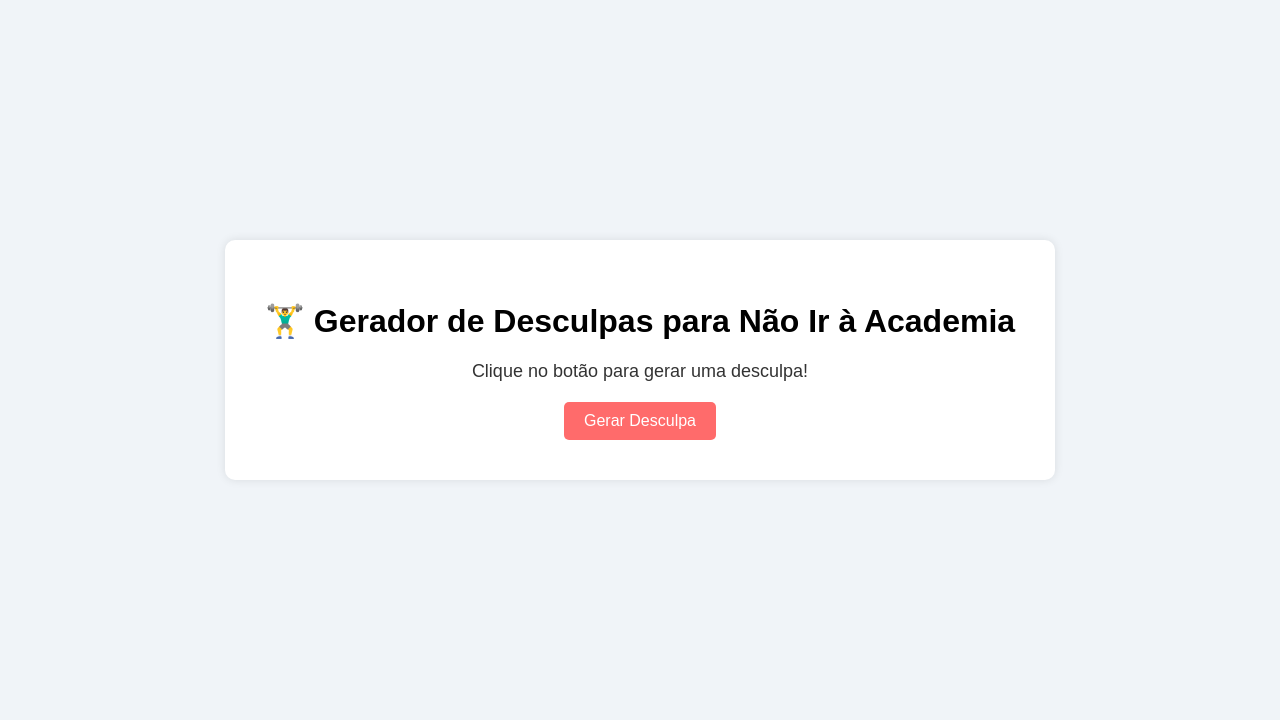
Repository: Wbyh7z/gerador-de-projeto
Page: index.html
These files come from the project's save history. The page is drawn as it stood at one moment and after the next save; the edit follows.
The browser window is 1280 px wide. The pictures show the whole page.

Above is the page before, as saved 2025-08-08 15:22:01.

### index.html
<!DOCTYPE html>
<html lang="pt-BR">
<head>
  <meta charset="UTF-8">
  <title>Gerador de Desculpas</title>
  <link rel="stylesheet" href="style.css">
</head>
<body>
  <div class="container">
    <h1>🏋️‍♂️ Gerador de Desculpas para Não Ir à Academia</h1>
    <p id="desculpa">Clique no botão para gerar uma desculpa!</p>
    <button onclick="gerarDesculpa()">Gerar Desculpa</button>
  </div>
  <script src="index.js"></script>
</body>
</html>

### style.css
body {
  font-family: Arial, sans-serif;
  background-color: #f0f4f8;
  display: flex;
  justify-content: center;
  align-items: center;
  height: 100vh;
  margin: 0;
}

.container {
  text-align: center;
  background-color: #ffffff;
  padding: 40px;
  border-radius: 10px;
  box-shadow: 0 0 10px rgba(0, 0, 0, 0.1);
}

button {
  padding: 10px 20px;
  font-size: 16px;
  background-color: #ff6b6b;
  color: white;
  border: none;
  border-radius: 5px;
  cursor: pointer;
}

button:hover {
  background-color: #ff4c4c;
}

#desculpa {
  margin: 20px 0;
  font-size: 18px;
  color: #333;
}

### index.js
const inicios = [
  "Hoje não vai dar porque",
  "Infelizmente não posso ir porque",
  "A academia vai ter que esperar, pois"
];

const motivos = [
  "meu joelho está em greve",
  "o universo mandou sinais contraditórios",
  "meu gato está carente",
  "minha motivação tirou férias",
  "a gravidade está mais forte hoje"
];

const finais = [
  "...e eu respeito os ciclos cósmicos.",
  "...e não quero desafiar o destino.",
  "...e isso é autocuidado.",
  "...e meu sofá precisa de mim.",
  "...e é uma questão de sobrevivência emocional."
];

function gerarDesculpa() {
  const inicio = inicios[Math.floor(Math.random() * inicios.length)];
  const motivo = motivos[Math.floor(Math.random() * motivos.length)];
  const final = finais[Math.floor(Math.random() * finais.length)];

  const desculpa = `${inicio} ${motivo} ${final}`;
  document.getElementById("desculpa").textContent = desculpa;
}

After the next save:
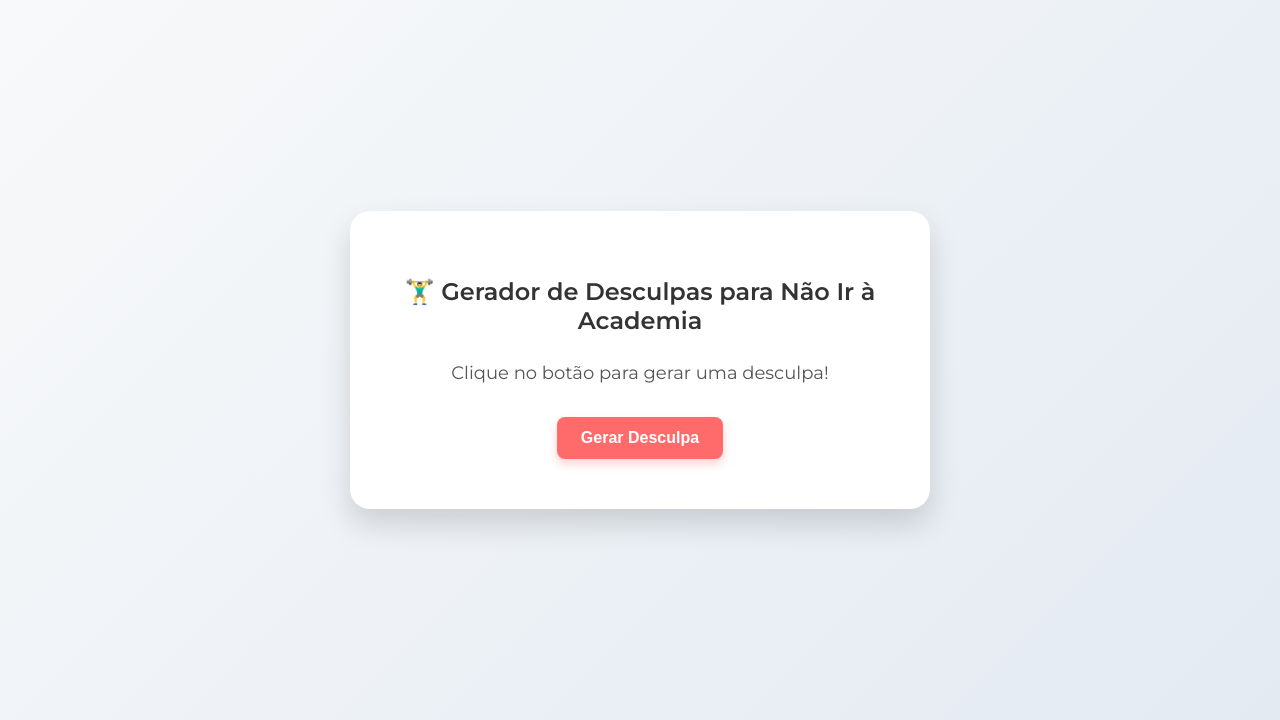
Saved 2 min 44 s later.
--- a/style.css
+++ b/style.css
@@ -1,6 +1,8 @@
+@import url('https://fonts.googleapis.com/css2?family=Montserrat:wght@400;600&display=swap');
+
 body {
-  font-family: Arial, sans-serif;
-  background-color: #f0f4f8;
+  font-family: 'Montserrat', sans-serif;
+  background: linear-gradient(135deg, #f8f9fa, #e3eaf2);
   display: flex;
   justify-content: center;
   align-items: center;
@@ -9,29 +11,43 @@ body {
 }
 
 .container {
+  background-color: #ffffff;
+  padding: 50px 40px;
+  border-radius: 20px;
+  box-shadow: 0 15px 30px rgba(0, 0, 0, 0.15);
   text-align: center;
-  background-color: #ffffff;
-  padding: 40px;
-  border-radius: 10px;
-  box-shadow: 0 0 10px rgba(0, 0, 0, 0.1);
+  max-width: 500px;
+  width: 90%;
+  transition: all 0.3s ease;
+}
+
+h1 {
+  font-size: 24px;
+  color: #333;
+  margin-bottom: 25px;
+}
+
+#desculpa {
+  font-size: 18px;
+  color: #555;
+  margin-bottom: 30px;
+  line-height: 1.5;
 }
 
 button {
-  padding: 10px 20px;
+  padding: 12px 24px;
   font-size: 16px;
   background-color: #ff6b6b;
   color: white;
   border: none;
-  border-radius: 5px;
+  border-radius: 8px;
   cursor: pointer;
+  font-weight: 600;
+  box-shadow: 0 5px 10px rgba(255, 107, 107, 0.3);
+  transition: background-color 0.3s ease, transform 0.2s ease;
 }
 
 button:hover {
   background-color: #ff4c4c;
+  transform: scale(1.05);
 }
-
-#desculpa {
-  margin: 20px 0;
-  font-size: 18px;
-  color: #333;
-}
